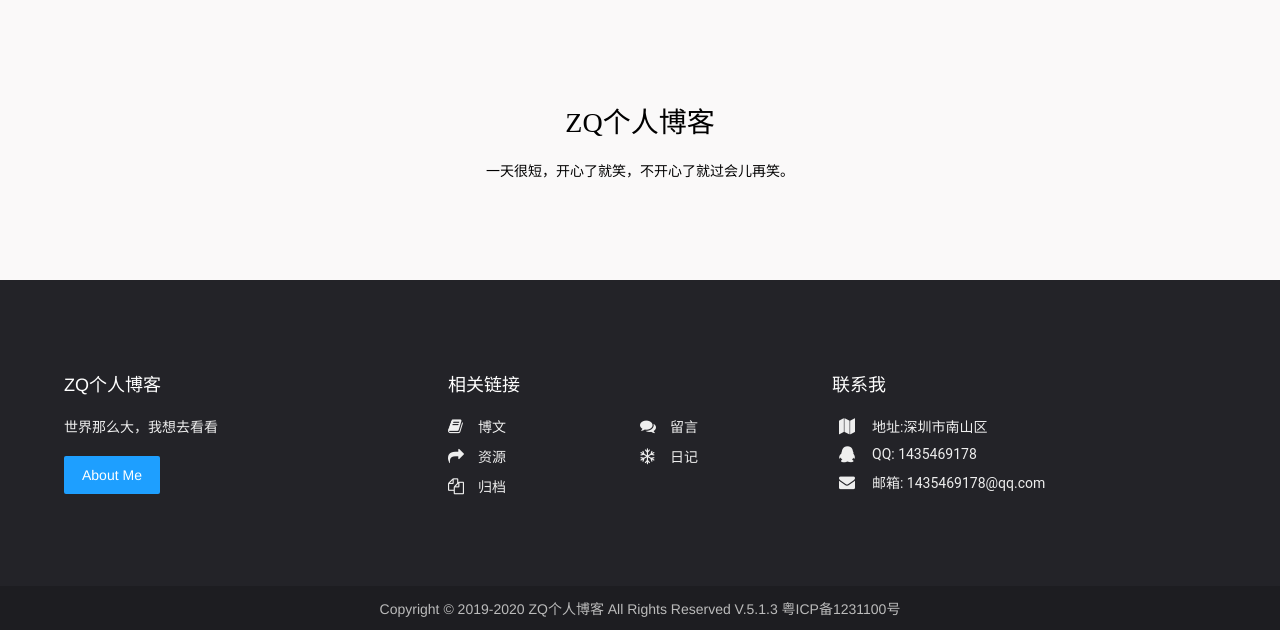
Repository: fengfi9/blog
Page: index.html
These files come from the project's save history. The page is drawn as it stood at one moment and after the next save; the edit follows.
The browser window is 1280 px wide. The pictures show the part of the page from y = 1837 to 2578 px (the page is 2467 px tall before and 2578 px after).
Backgrounds fixed to the window are drawn as part of the page.

Above is the page before, as saved 2020-10-21 10:41:19.

After the next save:
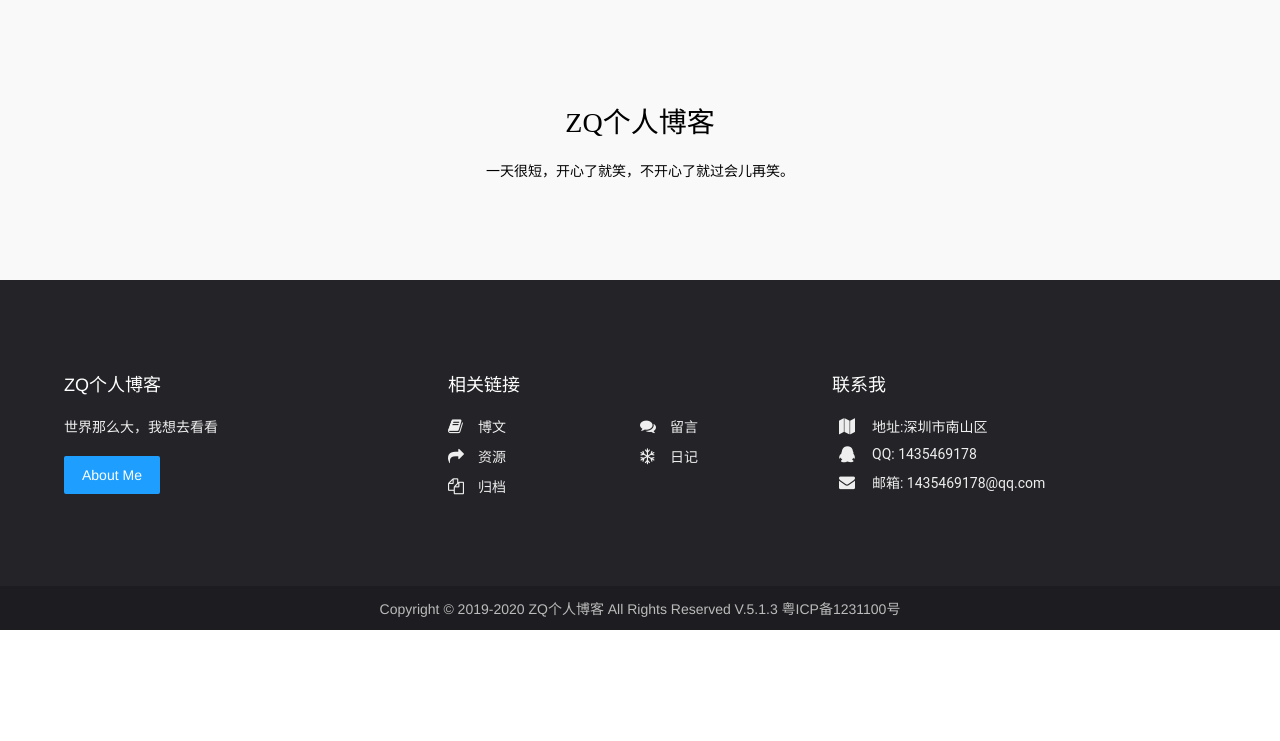
Saved 61 s later.
--- a/js/index.js
+++ b/js/index.js
@@ -110,6 +110,6 @@ layui.use(['jquery', 'util'], function () {
             }else{
                 clearInterval(timer);
             }
-        }, 150);
+        }, 100);
     }();
 });
